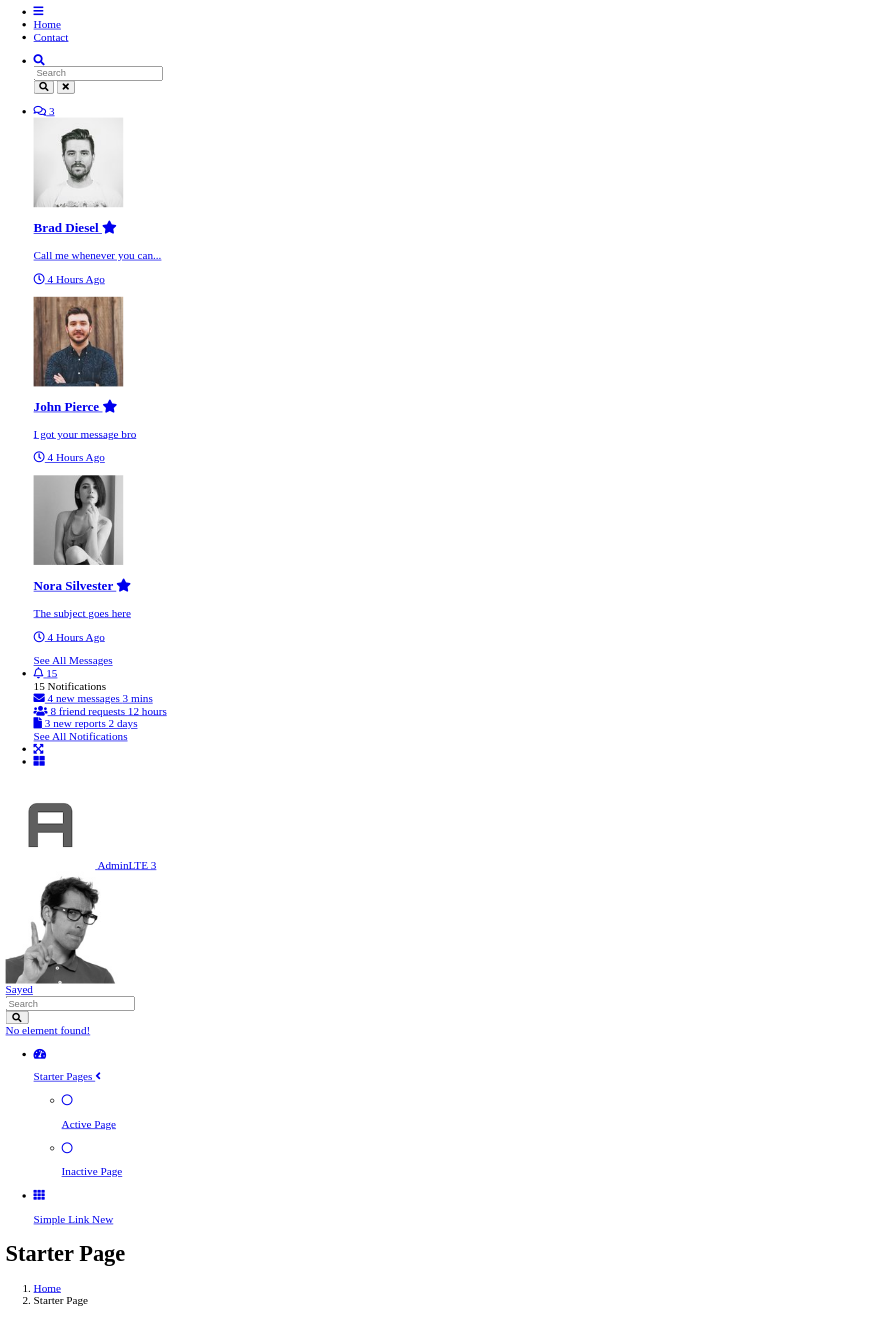
Repository: sayedelshazly/Store
Page: http://localhost/
The author's editor kept a copy of each file at every save. The page is drawn from the files as they stood at one save, then again after the next save.
The browser window is 1280 px wide. The pictures show the part of the page from y = 0 to 1920 px (the page is 2679 px tall before and 2747 px after), at 70% of full size.
Some web fonts or font styles are not loaded; a fallback is used. The page is served by the project's Laravel application, run on PHP 8.4 with Laravel 10. Other server files are loaded and not shown.

Above is the page before, as saved 2024-08-07 16:19:36.

### routes/web.php
<?php

use App\Http\Controllers\Admin\DashboardController;
use Illuminate\Support\Facades\Route;

/*
|--------------------------------------------------------------------------
| Web Routes
|--------------------------------------------------------------------------
|
| Here is where you can register web routes for your application. These
| routes are loaded by the RouteServiceProvider and all of them will
| be assigned to the "web" middleware group. Make something great!
|
*/

Route::get('/', [DashboardController::class, 'index']);

// Route::any('/', [DashboardController::class, 'index']); // any [for calling any method (get, post, ...)]
// Route::match(['get', 'post'], '/user/profile', function () {}); // we choose the method

### app/Http/Controllers/Admin/DashboardController.php
<?php

namespace App\Http\Controllers\Admin;

use App\Http\Controllers\Controller;
use Illuminate\Http\Request;
use Illuminate\Support\Facades\Response;
use Illuminate\Support\Facades\View;

class DashboardController extends Controller
{
    public function index(){
        return view('dashboard.index');
        // return Response::view('dashboard');
        // return response()->view('dashboard');
        // return View::make('dashboard'); //class View with method make() return the same result for the method view()

        /* return view('dashboard', [ //how to send variable to the blade
            'user' => 'sayed',
            ]);  //send variable called sayed to the blade view

            -another way with the compact method compact() // return array of variables and there values
            $user = 'sayed';
            return view('dashboard', compact('user'));

            -another way
            return view('dashboard')->with([
            'user' => 'sayed',
            ]);

        */
    }
}

### resources/views/dashboard/index.blade.php
@extends('layouts.dashboard')
@section('title', 'Starter Page')
@section('breadcrumb')
{{-- @parent (we use this for inheritance that we show the parent then show the chields )    --}}
@parent
<li class="breadcrumb-item active">Starter Page</li>
@endsection
@section('content')



@endsection

### resources/views/layouts/dashboard.blade.php
<!DOCTYPE html>
<!--
This is a starter template page. Use this page to start your new project from
scratch. This page gets rid of all links and provides the needed markup only.
-->
<html lang="en">

<head>
    <meta charset="utf-8">
    <meta name="viewport" content="width=device-width, initial-scale=1">
    <title>AdminLTE 3 | Starter</title>

    <!-- Google Font: Source Sans Pro -->
    <link rel="stylesheet"
        href="https://fonts.googleapis.com/css?family=Source+Sans+Pro:300,400,400i,700&display=fallback">
    <!-- Font Awesome Icons -->
    <link rel="stylesheet" href="{{asset('plugins/fontawesome-free/css/all.min.css')}}">
    <!-- Theme style -->
    <link rel="stylesheet" href="{{asset('dist/css/adminlte.min.css')}}">
</head>

<body class="hold-transition sidebar-mini">
    <div class="wrapper">

        <!-- Navbar -->
        <nav class="main-header navbar navbar-expand navbar-white navbar-light">
            <!-- Left navbar links -->
            <ul class="navbar-nav">
                <li class="nav-item">
                    <a class="nav-link" data-widget="pushmenu" href="#" role="button"><i class="fas fa-bars"></i></a>
                </li>
                <li class="nav-item d-none d-sm-inline-block">
                    <a href="index3.html" class="nav-link">Home</a>
                </li>
                <li class="nav-item d-none d-sm-inline-block">
                    <a href="#" class="nav-link">Contact</a>
                </li>
            </ul>

            <!-- Right navbar links -->
            <ul class="navbar-nav ml-auto">
                <!-- Navbar Search -->
                <li class="nav-item">
                    <a class="nav-link" data-widget="navbar-search" href="#" role="button">
                        <i class="fas fa-search"></i>
                    </a>
                    <div class="navbar-search-block">
                        <form class="form-inline">
                            <div class="input-group input-group-sm">
                                <input class="form-control form-control-navbar" type="search" placeholder="Search"
                                    aria-label="Search">
                                <div class="input-group-append">
                                    <button class="btn btn-navbar" type="submit">
                                        <i class="fas fa-search"></i>
                                    </button>
                                    <button class="btn btn-navbar" type="button" data-widget="navbar-search">
                                        <i class="fas fa-times"></i>
                                    </button>
                                </div>
                            </div>
                        </form>
                    </div>
                </li>

                <!-- Messages Dropdown Menu -->
                <li class="nav-item dropdown">
                    <a class="nav-link" data-toggle="dropdown" href="#">
                        <i class="far fa-comments"></i>
                        <span class="badge badge-danger navbar-badge">3</span>
                    </a>
                    <div class="dropdown-menu dropdown-menu-lg dropdown-menu-right">
                        <a href="#" class="dropdown-item">
                            <!-- Message Start -->
                            <div class="media">
                                <img src="{{asset('dist/img/user1-128x128.jpg')}}" alt="User Avatar"
                                    class="img-size-50 mr-3 img-circle">
                                <div class="media-body">
                                    <h3 class="dropdown-item-title">
                                        Brad Diesel
                                        <span class="float-right text-sm text-danger"><i class="fas fa-star"></i></span>
                                    </h3>
                                    <p class="text-sm">Call me whenever you can...</p>
                                    <p class="text-sm text-muted"><i class="far fa-clock mr-1"></i> 4 Hours Ago</p>
                                </div>
                            </div>
                            <!-- Message End -->
                        </a>
                        <div class="dropdown-divider"></div>
                        <a href="#" class="dropdown-item">
                            <!-- Message Start -->
                            <div class="media">
                                <img src="{{asset('dist/img/user8-128x128.jpg')}}" alt="User Avatar"
                                    class="img-size-50 img-circle mr-3">
                                <div class="media-body">
                                    <h3 class="dropdown-item-title">
                                        John Pierce
                                        <span class="float-right text-sm text-muted"><i class="fas fa-star"></i></span>
                                    </h3>
                                    <p class="text-sm">I got your message bro</p>
                                    <p class="text-sm text-muted"><i class="far fa-clock mr-1"></i> 4 Hours Ago</p>
                                </div>
                            </div>
                            <!-- Message End -->
                        </a>
                        <div class="dropdown-divider"></div>
                        <a href="#" class="dropdown-item">
                            <!-- Message Start -->
                            <div class="media">
                                <img src="dist/img/user3-128x128.jpg" alt="User Avatar"
                                    class="img-size-50 img-circle mr-3">
                                <div class="media-body">
                                    <h3 class="dropdown-item-title">
                                        Nora Silvester
                                        <span class="float-right text-sm text-warning"><i
                                                class="fas fa-star"></i></span>
                                    </h3>
                                    <p class="text-sm">The subject goes here</p>
                                    <p class="text-sm text-muted"><i class="far fa-clock mr-1"></i> 4 Hours Ago</p>
                                </div>
                            </div>
                            <!-- Message End -->
                        </a>
                        <div class="dropdown-divider"></div>
                        <a href="#" class="dropdown-item dropdown-footer">See All Messages</a>
                    </div>
                </li>
                <!-- Notifications Dropdown Menu -->
                <li class="nav-item dropdown">
                    <a class="nav-link" data-toggle="dropdown" href="#">
                        <i class="far fa-bell"></i>
                        <span class="badge badge-warning navbar-badge">15</span>
                    </a>
                    <div class="dropdown-menu dropdown-menu-lg dropdown-menu-right">
                        <span class="dropdown-header">15 Notifications</span>
                        <div class="dropdown-divider"></div>
                        <a href="#" class="dropdown-item">
                            <i class="fas fa-envelope mr-2"></i> 4 new messages
                            <span class="float-right text-muted text-sm">3 mins</span>
                        </a>
                        <div class="dropdown-divider"></div>
                        <a href="#" class="dropdown-item">
                            <i class="fas fa-users mr-2"></i> 8 friend requests
                            <span class="float-right text-muted text-sm">12 hours</span>
                        </a>
                        <div class="dropdown-divider"></div>
                        <a href="#" class="dropdown-item">
                            <i class="fas fa-file mr-2"></i> 3 new reports
                            <span class="float-right text-muted text-sm">2 days</span>
                        </a>
                        <div class="dropdown-divider"></div>
                        <a href="#" class="dropdown-item dropdown-footer">See All Notifications</a>
                    </div>
                </li>
                <li class="nav-item">
                    <a class="nav-link" data-widget="fullscreen" href="#" role="button">
                        <i class="fas fa-expand-arrows-alt"></i>
                    </a>
                </li>
                <li class="nav-item">
                    <a class="nav-link" data-widget="control-sidebar" data-slide="true" href="#" role="button">
                        <i class="fas fa-th-large"></i>
                    </a>
                </li>
            </ul>
        </nav>
        <!-- /.navbar -->

        <!-- Main Sidebar Container -->
        <aside class="main-sidebar sidebar-dark-primary elevation-4">
            <!-- Brand Logo -->
            <a href="index3.html" class="brand-link">
                <img src="dist/img/AdminLTELogo.png" alt="AdminLTE Logo" class="brand-image img-circle elevation-3"
                    style="opacity: .8">
                <span class="brand-text font-weight-light">AdminLTE 3</span>
            </a>

            <!-- Sidebar -->
            <div class="sidebar">
                <!-- Sidebar user panel (optional) -->
                <div class="user-panel mt-3 pb-3 mb-3 d-flex">
                    <div class="image">
                        <img src="dist/img/user2-160x160.jpg" class="img-circle elevation-2" alt="User Image">
                    </div>
                    <div class="info">
                        <a href="#" class="d-block"> Sayed </a>
                    </div>
                </div>

                <!-- SidebarSearch Form -->
                <div class="form-inline">
                    <div class="input-group" data-widget="sidebar-search">
                        <input class="form-control form-control-sidebar" type="search" placeholder="Search"
                            aria-label="Search">
                        <div class="input-group-append">
                            <button class="btn btn-sidebar">
                                <i class="fas fa-search fa-fw"></i>
                            </button>
                        </div>
                    </div>
                </div>

                <!-- Sidebar Menu -->
                <nav class="mt-2">
                    <ul class="nav nav-pills nav-sidebar flex-column" data-widget="treeview" role="menu"
                        data-accordion="false">
                        <!-- Add icons to the links using the .nav-icon class
               with font-awesome or any other icon font library -->
                        <li class="nav-item menu-open">
                            <a href="#" class="nav-link active">
                                <i class="nav-icon fas fa-tachometer-alt"></i>
                                <p>
                                    Starter Pages
                                    <i class="right fas fa-angle-left"></i>
                                </p>
                            </a>
                            <ul class="nav nav-treeview">
                                <li class="nav-item">
                                    <a href="#" class="nav-link active">
                                        <i class="far fa-circle nav-icon"></i>
                                        <p>Active Page</p>
                                    </a>
                                </li>
                                <li class="nav-item">
                                    <a href="#" class="nav-link">
                                        <i class="far fa-circle nav-icon"></i>
                                        <p>Inactive Page</p>
                                    </a>
                                </li>
                            </ul>
                        </li>
                        <li class="nav-item">
                            <a href="#" class="nav-link">
                                <i class="nav-icon fas fa-th"></i>
                                <p>
                                    Simple Link
                                    <span class="right badge badge-danger">New</span>
                                </p>
                            </a>
                        </li>
                    </ul>
                </nav>
                <!-- /.sidebar-menu -->
            </div>
            <!-- /.sidebar -->
        </aside>

        <!-- Content Wrapper. Contains page content -->
        <div class="content-wrapper">
            <div class="content-header">
                <div class="container-fluid">
                    <div class="row mb-2">
                        <div class="col-sm-6">
                            <h1 class="m-0">@yield('title', 'Page Title' {{-- Default value --}})</h1>
                        </div><!-- /.col -->
                        <div class="col-sm-6">
                            <ol class="breadcrumb float-sm-right">
                                @section('breadcrumb')
                                <li class="breadcrumb-item"><a href="#">Home</a></li>
                                {{-- @endsection --}}
                                @show
                            </ol>
                        </div><!-- /.col -->
                    </div><!-- /.row -->
                </div><!-- /.container-fluid -->
            </div>
            <!-- /.content-header -->
            @yield('content')
            <!-- /.content-wrapper -->
        </div>


        <!-- Control Sidebar -->
        <aside class="control-sidebar control-sidebar-dark">
            <!-- Control sidebar content goes here -->
            <div class="p-3">
                <h5>Title</h5>
                <p>Sidebar content</p>
            </div>
        </aside>
        <!-- /.control-sidebar -->

        <!-- Main Footer -->
        <footer class="main-footer">
            <!-- To the right -->
            <div class="float-right d-none d-sm-inline">
                Anything you want
            </div>
            <!-- Default to the left -->
            <strong>Copyright &copy; 2014-2021 <a href="https://adminlte.io">AdminLTE.io</a>.</strong> All rights
            reserved.
        </footer>
    </div>
    <!-- ./wrapper -->

    <!-- REQUIRED SCRIPTS -->

    <!-- jQuery -->
    <script src="{{asset('plugins/jquery/jquery.min.js')}}"></script>
    <!-- Bootstrap 4 -->
    <script src="{{asset('plugins/bootstrap/js/bootstrap.bundle.min.js')}}"></script>
    <!-- AdminLTE App -->
    <script src="{{asset('dist/js/adminlte.min.js')}}"></script>
</body>

</html>

Loaded but not shown: app/Providers/AppServiceProvider.php (common file); app/Http/Controllers/Controller.php (common file); public/plugins/fontawesome-free/css/all.min.css (library); public/plugins/jquery/jquery.min.js (library); public/plugins/bootstrap/js/bootstrap.bundle.min.js (library); public/dist/js/adminlte.min.js (library)

After the next save:
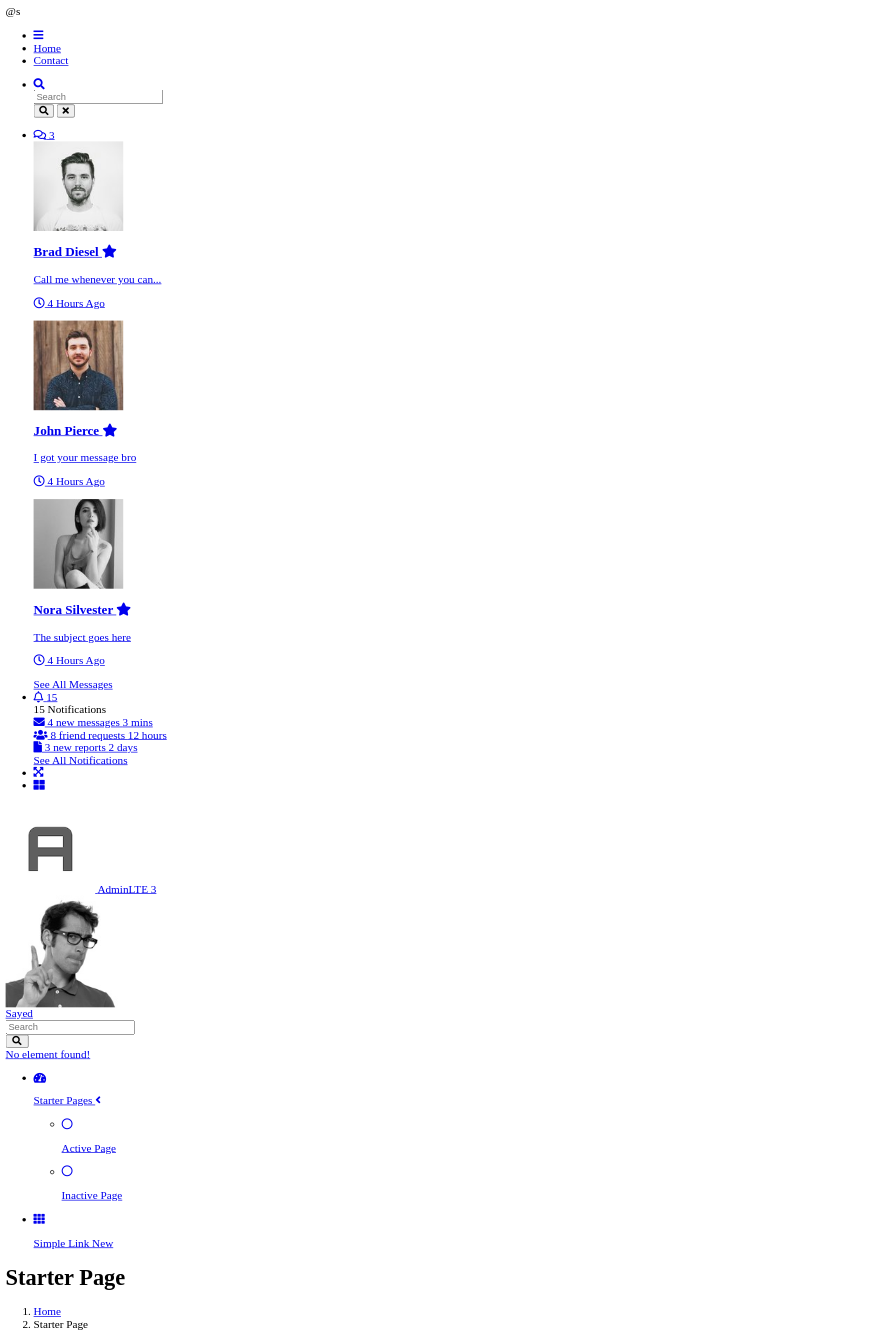
Saved 4 min 9 s later.
--- a/resources/views/layouts/dashboard.blade.php
+++ b/resources/views/layouts/dashboard.blade.php
@@ -17,6 +17,7 @@
     <link rel="stylesheet" href="{{asset('plugins/fontawesome-free/css/all.min.css')}}">
     <!-- Theme style -->
     <link rel="stylesheet" href="{{asset('dist/css/adminlte.min.css')}}">
+    @s
 </head>
 
 <body class="hold-transition sidebar-mini">

After the 2 saves that followed:
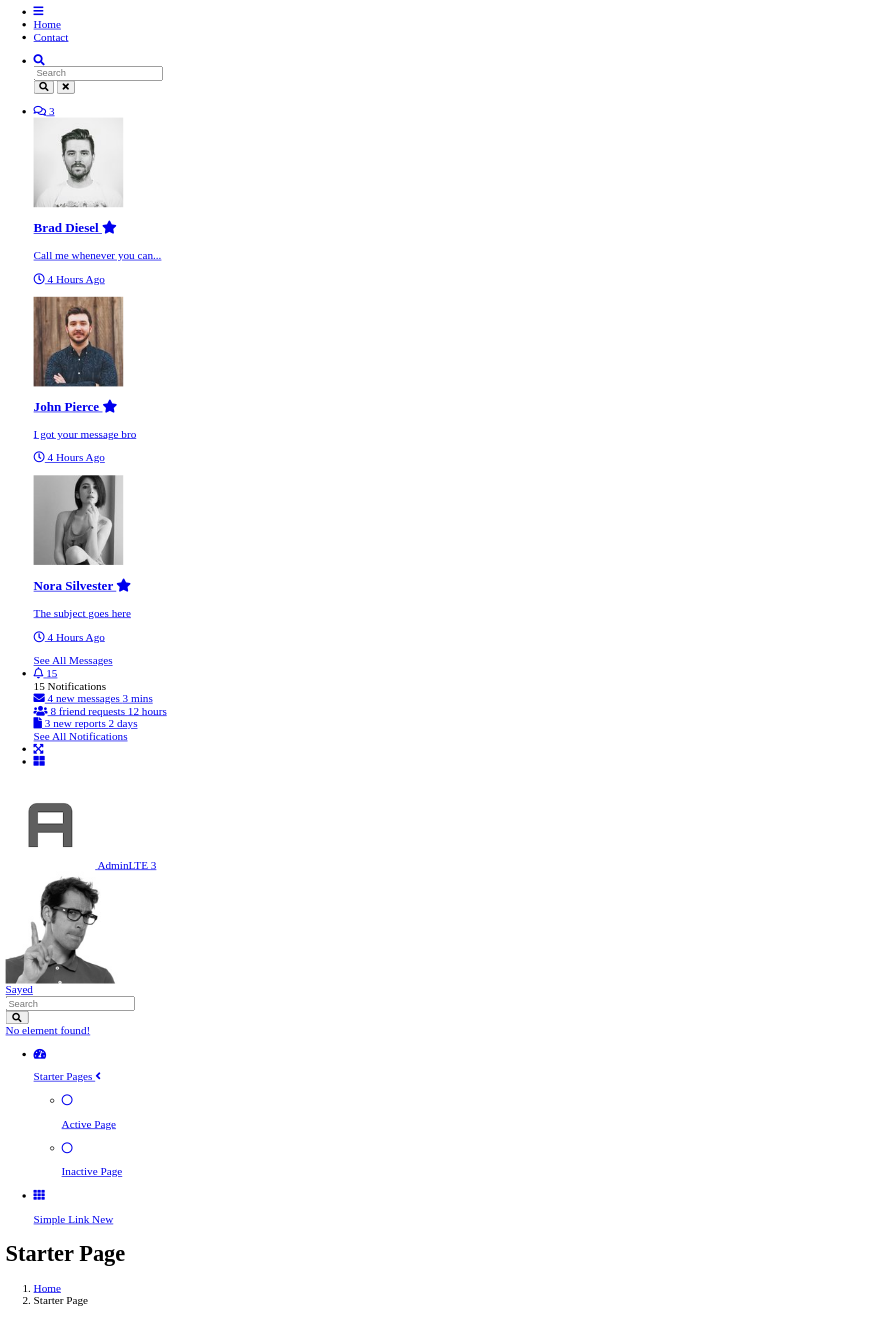
The 2 saves are shown as one change because they came seconds apart.
The last was saved 7 s later.
--- a/resources/views/layouts/dashboard.blade.php
+++ b/resources/views/layouts/dashboard.blade.php
@@ -17,7 +17,7 @@
     <link rel="stylesheet" href="{{asset('plugins/fontawesome-free/css/all.min.css')}}">
     <!-- Theme style -->
     <link rel="stylesheet" href="{{asset('dist/css/adminlte.min.css')}}">
-    @s
+    @stack('styles')
 </head>
 
 <body class="hold-transition sidebar-mini">
